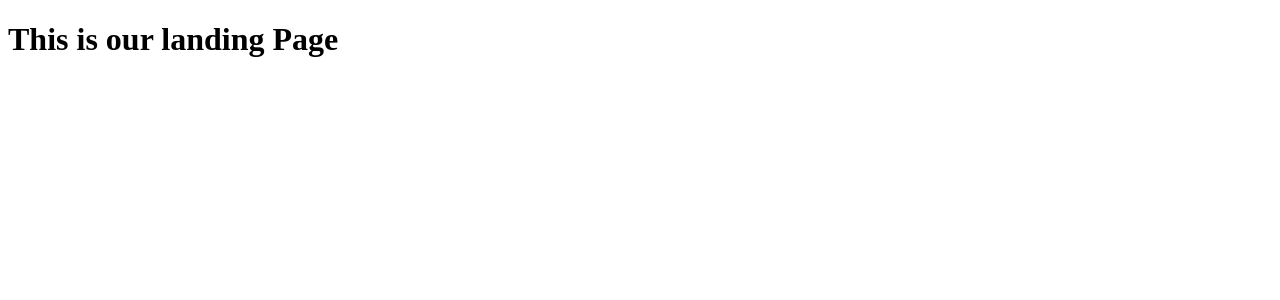
Repository: SurajPawar15-smart/JAVAProjects
Page: JSPandServletDemo/WebContent/index.html
The author's editor kept a copy of each file at every save. The page is drawn from the files as they stood at one save, then again after the next save.
The browser window is 1280 px wide. The pictures show the whole page.

Above is the page before, as saved 2020-09-29 19:22:42.

After the next save:
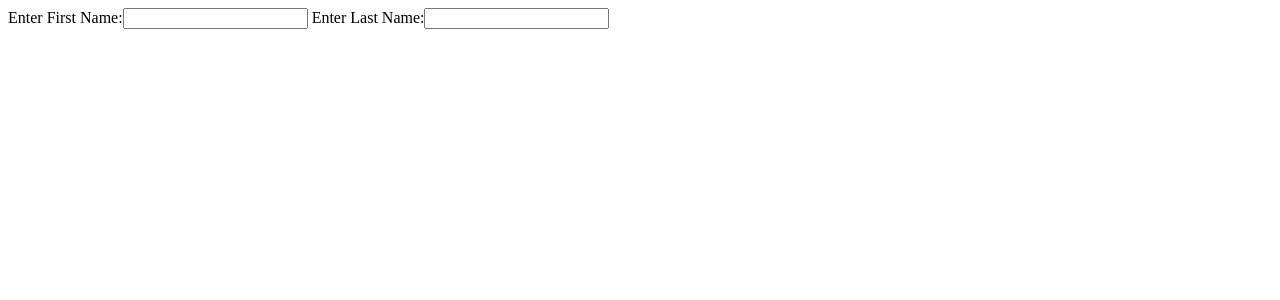
Saved 7 min 35 s later.
--- a/JSPandServletDemo/WebContent/index.html
+++ b/JSPandServletDemo/WebContent/index.html
@@ -5,6 +5,9 @@
 <title>Insert title here</title>
 </head>
 <body>
-<h1>This is our landing Page</h1>
+<form>
+Enter First Name:<input type="text" name="fname">
+Enter Last Name:<input type="text" name="lname">
+</form>
 </body>
 </html>
